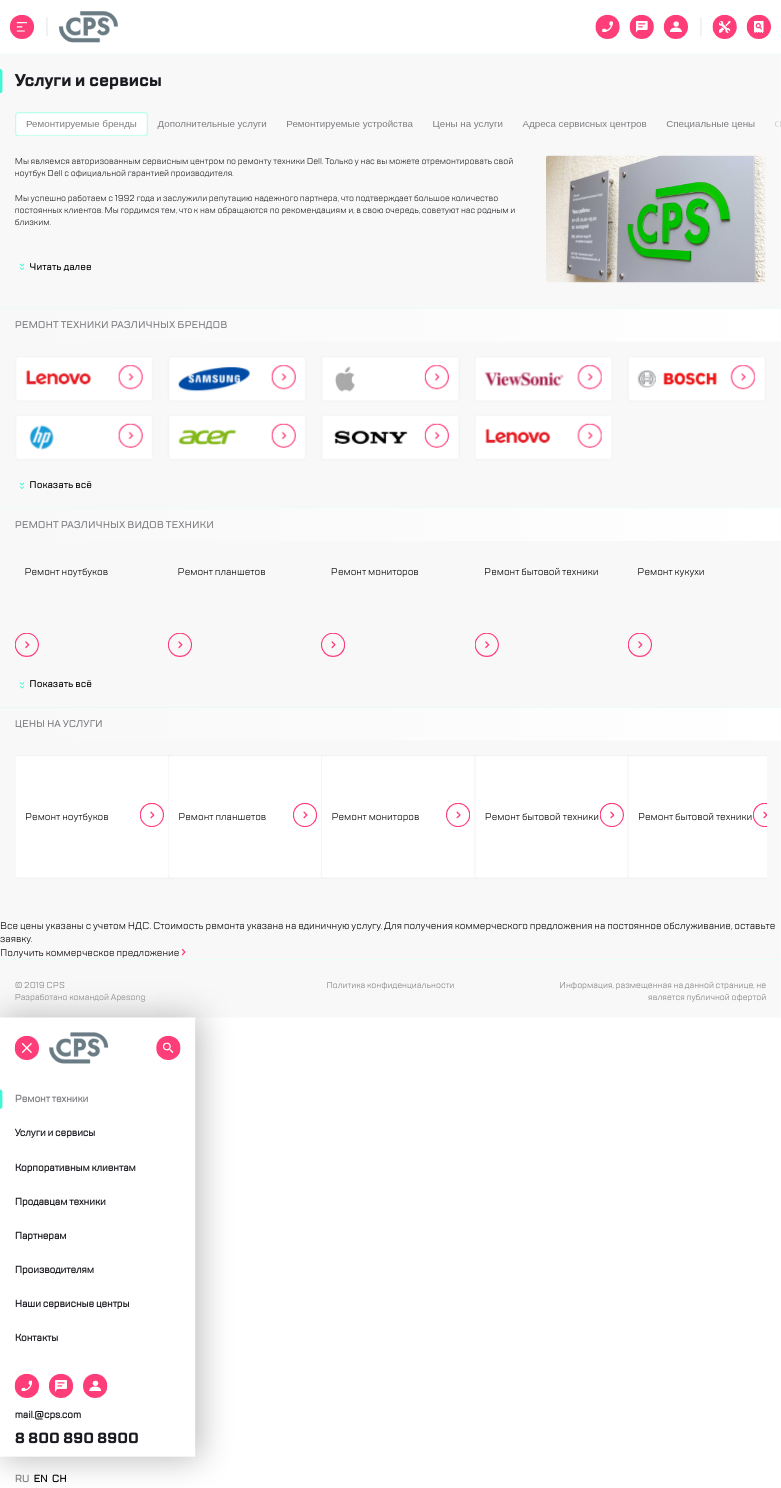
Repository: Dedoxa/WebCoreF
Page: /
These files come from the project's save history. The page is drawn as it stood at one moment and after the next save; the edit follows.
The browser window is 1280 px wide. The pictures show the whole page, at 61% of full size.
The project was rebuilt for these pictures with package versions that can differ from the ones it lists, and the page was loaded fresh each time. Also part of the build but not shown: webpack.config.js.

Above is the page before, as saved 2024-06-15 18:31:03.

After the next save:
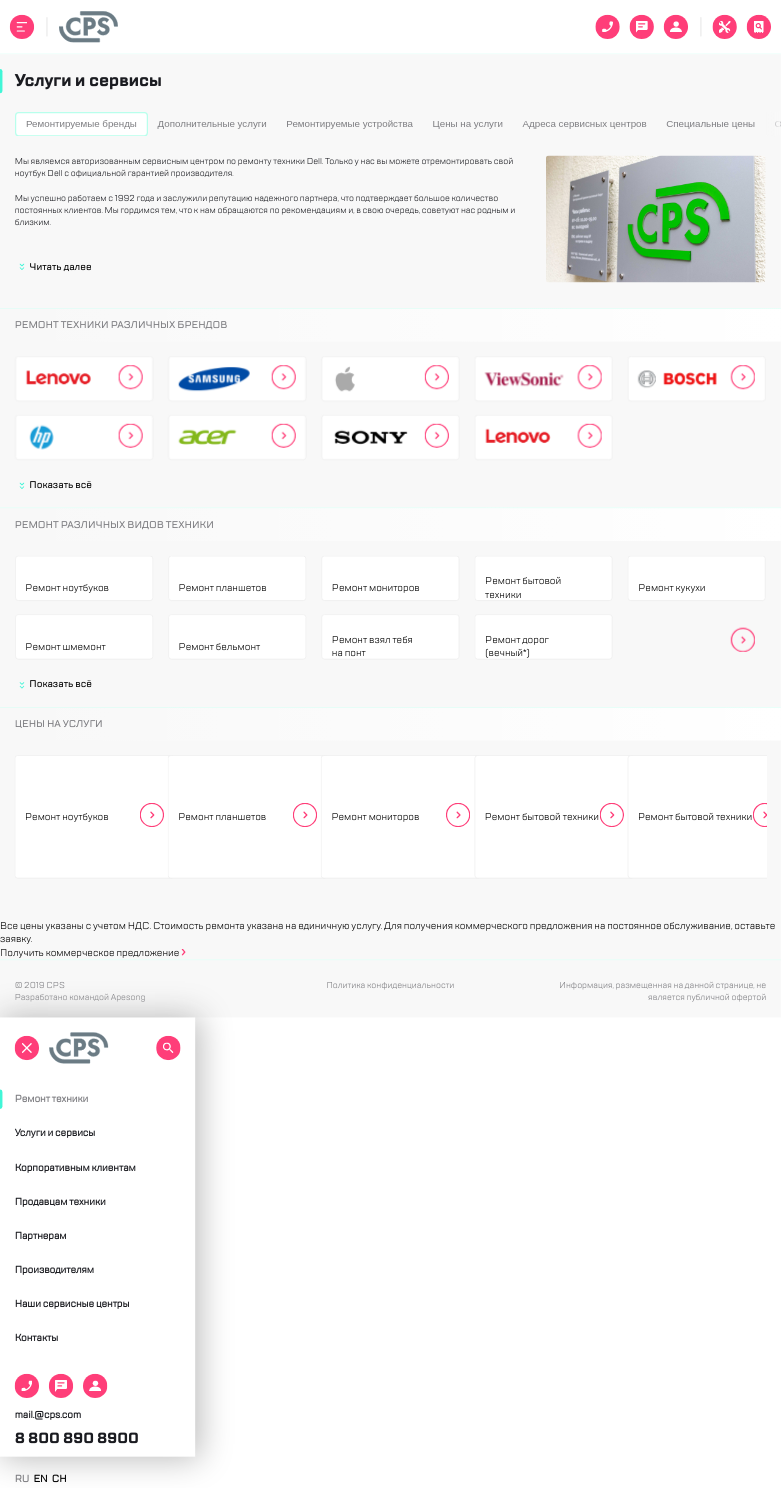
Saved 58 s later.
--- a/src/index.html
+++ b/src/index.html
@@ -191,7 +191,7 @@
                     <div class="swiper plates__swiper">
                         <div id="device-options" class="swiper-wrapper plates__brands-wrapper plates__devices-wrapper">
                             <div class="swiper-slide plates__slide">
-                                <div class="plates__device-plate">
+                                <div class="plates__brand-plate plates__device-plate">
                                   <span class="plates__logo">Ремонт ноутбуков</span>
                                   <div class="plates__dropdown-wrapper">
                                     <img src="./img/ic-dropdown.svg"></img>
@@ -199,7 +199,7 @@
                                 </div>
                             </div>
                             <div class="swiper-slide plates__slide">
-                                <div class="plates__device-plate">
+                                <div class="plates__brand-plate plates__device-plate">
                                   <span class="plates__logo">Ремонт планшетов</span>
                                   <div class="plates__dropdown-wrapper">
                                     <img src="./img/ic-dropdown.svg"></img>
@@ -207,7 +207,7 @@
                                 </div>
                             </div>
                             <div class="swiper-slide plates__slide">
-                                <div class="plates__device-plate">
+                                <div class="plates__brand-plate plates__device-plate">
                                   <span class="plates__logo">Ремонт мониторов</span>
                                   <div class="plates__dropdown-wrapper">
                                     <img src="./img/ic-dropdown.svg"></img>
@@ -215,7 +215,7 @@
                                 </div>
                             </div>
                             <div class="swiper-slide plates__slide">
-                                <div class="plates__device-plate">
+                                <div class="plates__brand-plate plates__device-plate">
                                   <span class="plates__logo">Ремонт бытовой техники</span>
                                   <div class="plates__dropdown-wrapper">
                                     <img src="./img/ic-dropdown.svg"></img>
@@ -223,7 +223,7 @@
                                 </div>
                             </div>
                             <div class="swiper-slide plates__slide">
-                                <div class="plates__device-plate">
+                                <div class="plates__brand-plate plates__device-plate">
                                   <span class="plates__logo">Ремонт кукухи</span>
                                   <div class="plates__dropdown-wrapper">
                                     <img src="./img/ic-dropdown.svg"></img>
@@ -231,7 +231,7 @@
                                 </div>
                             </div>
                             <div class="swiper-slide plates__slide">
-                                <div class="plates__device-plate">
+                                <div class="plates__brand-plate plates__device-plate">
                                   <span class="plates__logo">Ремонт шмемонт</span>
                                   <div class="plates__dropdown-wrapper">
                                     <img src="./img/ic-dropdown.svg"></img>
@@ -239,7 +239,7 @@
                                 </div>
                             </div>
                             <div class="swiper-slide plates__slide">
-                                <div class="plates__device-plate">
+                                <div class="plates__brand-plate plates__device-plate">
                                   <span class="plates__logo">Ремонт бельмонт</span>
                                   <div class="plates__dropdown-wrapper">
                                     <img src="./img/ic-dropdown.svg"></img>
@@ -247,7 +247,7 @@
                                 </div>
                             </div>
                             <div class="swiper-slide plates__slide">
-                                <div class="plates__device-plate">
+                                <div class="plates__brand-plate plates__device-plate">
                                   <span class="plates__logo">Ремонт взял тебя на понт</span>
                                   <div class="plates__dropdown-wrapper">
                                     <img src="./img/ic-dropdown.svg"></img>
@@ -255,7 +255,7 @@
                                 </div>
                             </div>
                             <div class="swiper-slide plates__slide">
-                                <div class="plates__device-plate">
+                                <div class="plates__brand-plate plates__device-plate">
                                   <span class="plates__logo">Ремонт дорог (вечный*)</span>
                                   <div class="plates__dropdown-wrapper">
                                     <img src="./img/ic-dropdown.svg"></img>
